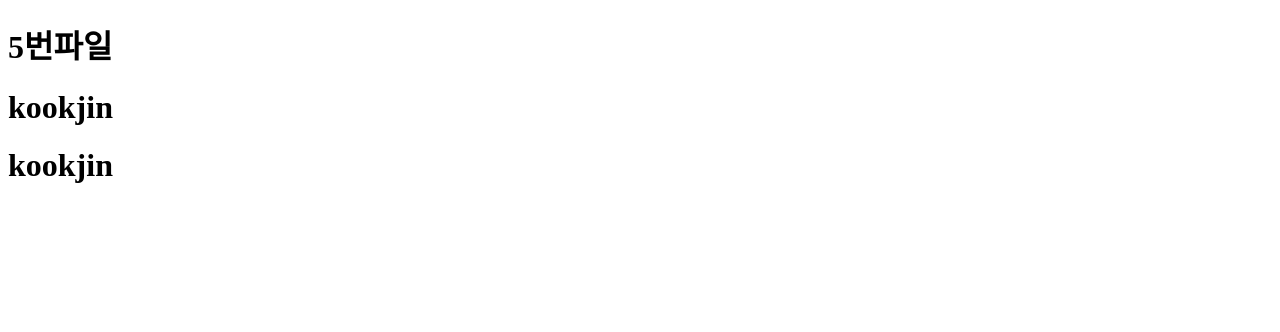
Repository: JJinBBangg/JSP
Page: http://localhost/jsp/ch07/lecture/01include-directive/05include.jsp
These files come from the project's save history. The page is drawn as it stood at one moment and after the next save; the edit follows.
The browser window is 1280 px wide. The pictures show the whole page.
The page is served by Tomcat 9.

Above is the page before, as saved 2023-04-01 06:09:06.

After the next save:
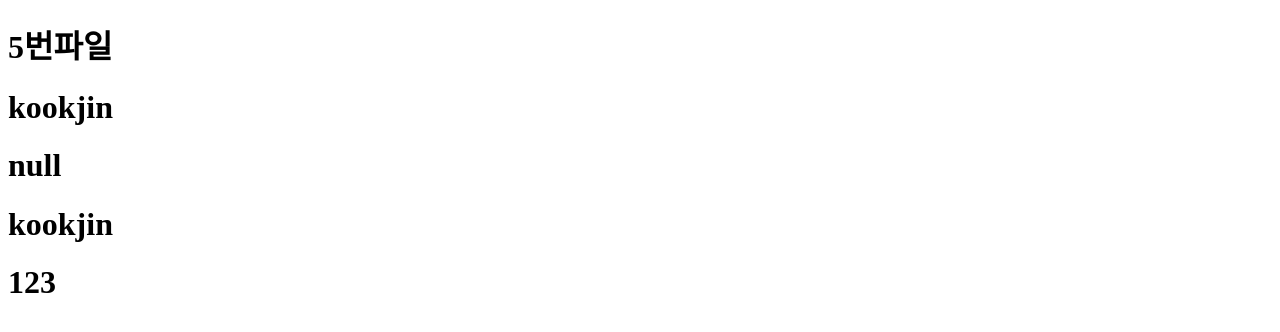
Saved 41 s later.
--- a/jsp/src/main/webapp/ch07/lecture/01include-directive/06sub.jsp
+++ b/jsp/src/main/webapp/ch07/lecture/01include-directive/06sub.jsp
@@ -4,4 +4,7 @@
 
   	<%String address= (String)request.getAttribute("address");
   	%>
+  	<%String ad= request.getParameter("123");
+  	%>
   	<h1><%=address %></h1>
+  	<h1><%=ad %></h1>
